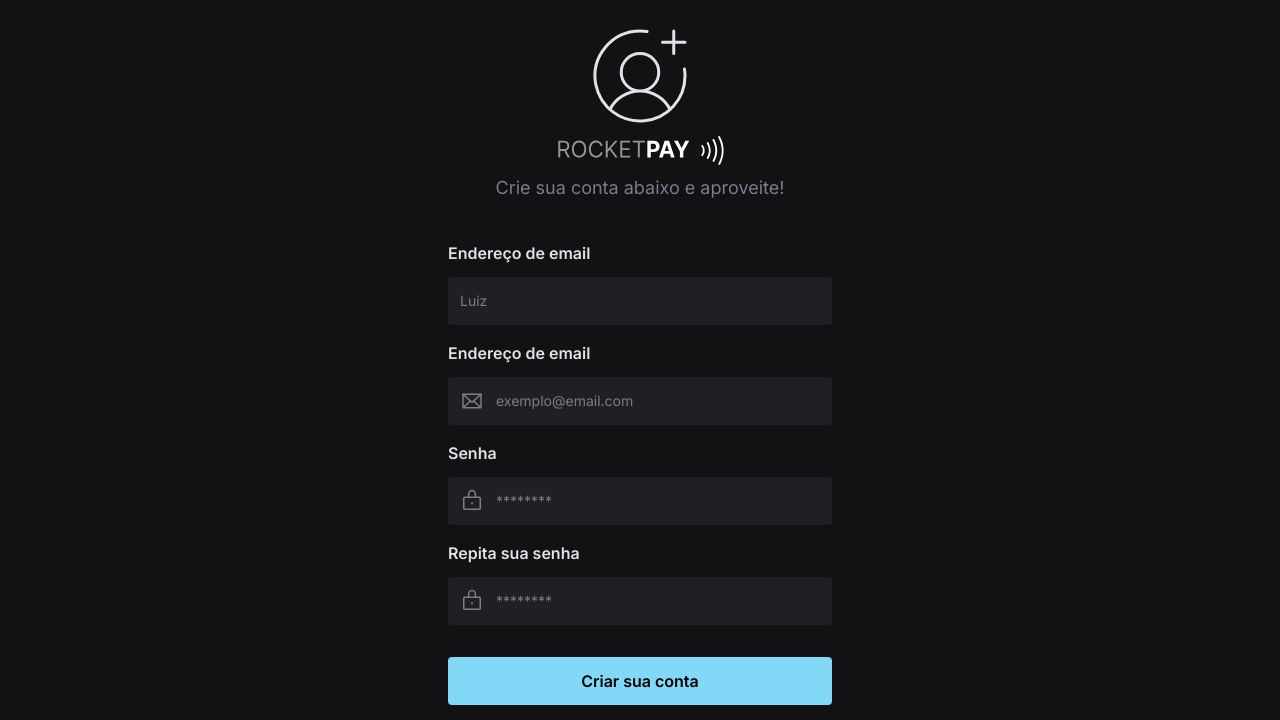
Repository: LuizAGDomingues/CreditCard-with-login
Page: /
The author's editor kept a copy of each file at every save. The page is drawn from the files as they stood at one save, then again after the next save.
The browser window is 1280 px wide. The pictures show the whole page.
The project was rebuilt for these pictures with package versions that can differ from the ones it lists, and the page was loaded fresh each time. Also part of the build but not shown: vite.config.ts.

Above is the page before, as saved 2022-10-23 17:29:35.

### index.html
<!DOCTYPE html>
<html lang="en">
  <head>
    <meta charset="UTF-8" />
    <link rel="preconnect" href="https://fonts.googleapis.com" />
    <link rel="preconnect" href="https://fonts.gstatic.com" crossorigin />
    <link rel="icon" type="image/svg+xml" href="/vite.svg" />
    <meta name="viewport" content="width=device-width, initial-scale=1.0" />
    <link href="https://fonts.googleapis.com/css2?family=Inter:wght@400;600;700&display=swap" rel="stylesheet" />

    <title>Lab Design System</title>
  </head>
  <body>
    <div id="root"></div>
    <script type="module" src="/src/main.tsx"></script>
  </body>
</html>

### src/App.tsx
import { SignIn } from './pages/SignIn';
import { CreateLogin } from './pages/CreateLogin';
import './styles/global.css';

export function App() {

  return (
    <CreateLogin />
  )
}

### src/pages/CreateLogin.tsx
import { Envelope, Lock } from 'phosphor-react';
import { Button } from '../components/Button';
import { Checkbox } from '../components/Checkbox';
import { Heading } from '../components/Heading';
import { LogoCreateLogin } from '../components/LogoCreateLogin';
import { Text } from '../components/Text';
import { TextInput } from '../components/TextInput';

export function CreateLogin() {


  return (
    <div className='w-screen h-screen bg-gray-900 flex flex-col items-center justify-center text-gray-100'>
      <LogoCreateLogin />
      <header className='flex flex-col items-center'>
        <Heading />
        <Text size='lg' className='text-gray-400 mt-2'>Crie sua conta abaixo e aproveite!</Text>
      </header>
      <form className='flex flex-col items-stretch w-full gap-4 max-w-sm mt-10'>
        <label htmlFor="name" className='flex flex-col gap-3'>
          <Text className='font-semibold'>Endereço de email</Text>
          <TextInput.Root>
            <TextInput.Input type='name' id='name' placeholder='Luiz' />
          </TextInput.Root>
        </label>
        <label htmlFor="email" className='flex flex-col gap-3'>
          <Text className='font-semibold'>Endereço de email</Text>
          <TextInput.Root>
            <TextInput.Icon>
              <Envelope />
            </TextInput.Icon>
            <TextInput.Input type='email' id='email' placeholder='exemplo@email.com' />
          </TextInput.Root>
        </label>
        <label htmlFor="password" className='flex flex-col gap-3'>
          <Text className='font-semibold'>Senha</Text>
          <TextInput.Root>
            <TextInput.Icon>
              <Lock />
            </TextInput.Icon>
            <TextInput.Input type='password' id='password' placeholder='********' />
          </TextInput.Root>
        </label>
        <label htmlFor="password" className='flex flex-col gap-3'>
          <Text className='font-semibold'>Repita sua senha</Text>
          <TextInput.Root>
            <TextInput.Icon>
              <Lock />
            </TextInput.Icon>
            <TextInput.Input type='password' id='rePassword' placeholder='********' />
          </TextInput.Root>
        </label>
        <Button type='submit' className='mt-4'>Criar sua conta</Button>
      </form>
    </div>
  )
}

### src/components/Button.tsx
import { ButtonHTMLAttributes, ReactNode } from 'react';
import { Slot } from '@radix-ui/react-slot';
import { clsx } from 'clsx';

export interface ButtonProps extends ButtonHTMLAttributes<HTMLButtonElement> {
  children: ReactNode;
  asChild?: boolean;
}

export function Button({ children, asChild, className, ...props }: ButtonProps) {
  const Comp = asChild ? Slot : 'button';
  return (
    <Comp className={clsx('py-3 px-4 bg-cyan-500 rounded font-semibold text-black text-sm w-full transition-colors hover:bg-cyan-300 focus:ring-2 ring-white', className
    )} {...props}>
      {children}
    </Comp>
  )
}

### src/components/Heading.tsx
import { SVGAttributes } from 'react';

interface HeadingProps extends React.SVGAttributes<HTMLOrSVGElement>{}

export function Heading(props: HeadingProps) {
  return (
    <svg
      width={170}
      height={30}
      viewBox="0 0 170 30"
      fill="none"
      xmlns="http://www.w3.org/2000/svg"
      {...props}
    >
      <path
        d="M3.282 21.429V4.805h5.479c1.267 0 2.306.222 3.12.666.812.438 1.414 1.041 1.804 1.81.391.768.586 1.642.586 2.622 0 .979-.195 1.848-.586 2.605-.39.758-.99 1.353-1.797 1.786-.807.427-1.84.641-3.095.641H4.359v-1.818h4.37c.866 0 1.563-.13 2.09-.39.533-.26.919-.627 1.156-1.104.243-.481.364-1.055.364-1.72 0-.666-.12-1.248-.364-1.746-.242-.497-.63-.882-1.164-1.152-.533-.276-1.237-.414-2.113-.414H5.246v14.838H3.282zm7.632-7.468l3.99 7.468h-2.28L8.698 13.96h2.216zm20.31-.844c0 1.753-.309 3.268-.926 4.545-.618 1.277-1.465 2.262-2.542 2.955-1.076.692-2.306 1.039-3.689 1.039s-2.613-.347-3.69-1.04c-1.076-.692-1.923-1.677-2.54-2.954-.619-1.277-.927-2.792-.927-4.545 0-1.753.308-3.269.926-4.546.618-1.277 1.465-2.262 2.541-2.954 1.077-.693 2.307-1.04 3.69-1.04s2.613.347 3.69 1.04c1.076.692 1.923 1.677 2.54 2.954.618 1.277.927 2.793.927 4.546zm-1.9 0c0-1.44-.235-2.654-.705-3.645-.464-.99-1.095-1.74-1.892-2.248-.791-.509-1.678-.763-2.66-.763-.982 0-1.871.254-2.668.763-.792.509-1.423 1.258-1.893 2.248-.464.99-.696 2.205-.696 3.645s.232 2.654.697 3.644c.47.99 1.1 1.74 1.892 2.249a4.857 4.857 0 002.668.763c.982 0 1.869-.255 2.66-.763.797-.509 1.428-1.258 1.892-2.249.47-.99.705-2.205.705-3.644zM47.574 10H45.61A4.245 4.245 0 0045 8.474a4.115 4.115 0 00-1.045-1.104 4.393 4.393 0 00-1.354-.682 5.283 5.283 0 00-1.551-.227c-.982 0-1.871.254-2.669.763-.791.509-1.422 1.258-1.892 2.248-.464.99-.697 2.205-.697 3.645s.233 2.654.697 3.644c.47.99 1.1 1.74 1.892 2.249a4.857 4.857 0 002.669.763c.538 0 1.055-.076 1.551-.228a4.496 4.496 0 001.354-.673A4.23 4.23 0 0045 17.76c.29-.444.494-.953.61-1.526h1.963a6.816 6.816 0 01-.807 2.28 6.193 6.193 0 01-1.457 1.713c-.58.466-1.232.82-1.956 1.064a7.128 7.128 0 01-2.303.365c-1.383 0-2.613-.347-3.69-1.04-1.077-.692-1.924-1.677-2.541-2.954-.618-1.277-.927-2.792-.927-4.545 0-1.753.31-3.269.927-4.546.617-1.277 1.464-2.262 2.541-2.954 1.077-.693 2.307-1.04 3.69-1.04.818 0 1.586.123 2.303.366a6.24 6.24 0 011.956 1.072 6.079 6.079 0 011.457 1.704c.39.666.66 1.426.807 2.281zm3.172 11.429V4.805h1.964v8.247h.19l7.284-8.247h2.565l-6.809 7.5 6.809 9.124h-2.375L54.736 13.7 52.71 16.04v5.39h-1.964zm14.544 0V4.805h9.786v1.786h-7.822v5.617h7.315v1.785h-7.315v5.65h7.949v1.786H65.29zM77.728 6.59V4.805H89.89v1.786h-5.098v14.838h-1.964V6.59h-5.099z"
        fill="#959595"
      />
      <path
        d="M92.365 21.429V4.805h6.398c1.23 0 2.277.241 3.143.723a4.834 4.834 0 011.979 1.988c.459.844.689 1.818.689 2.922s-.232 2.078-.697 2.922a4.853 4.853 0 01-2.019 1.973c-.876.47-1.937.706-3.183.706h-4.077v-2.817h3.523c.66 0 1.204-.116 1.631-.349.433-.238.755-.565.966-.982.217-.422.325-.906.325-1.453 0-.552-.108-1.033-.325-1.445a2.193 2.193 0 00-.966-.965c-.432-.233-.981-.35-1.646-.35h-2.312v13.75h-3.428zm15.358 0h-3.674l5.598-16.624h4.418l5.589 16.624h-3.673l-4.062-12.825h-.127l-4.069 12.825zm-.23-6.535h8.678v2.744h-8.678v-2.744zm11.508-10.089h3.84l3.697 7.16h.159l3.697-7.16h3.84l-5.914 10.747v5.877h-3.405v-5.877l-5.914-10.747z"
        fill="#fff"
      />
      <path
        fillRule="evenodd"
        clipRule="evenodd"
        d="M147.913 19.802l-.005.007-.004.006c-.248.36-.804.466-1.239.151-.348-.251-.452-.813-.156-1.256a6.357 6.357 0 00.974-1.913c.219-.687.321-1.468.318-2.234-.004-.765-.114-1.545-.341-2.23a6.334 6.334 0 00-.994-1.902c-.301-.44-.202-1.002.144-1.258.43-.32.988-.22 1.238.138l.006.006.004.007c.558.753 1.015 1.59 1.288 2.412.288.966.471 1.901.476 2.818.005.964-.085 1.876-.43 2.775-.376.978-.74 1.728-1.279 2.473zm4.031 1.79l.01-.016.011-.016a13.454 13.454 0 001.934-7.03 13.44 13.44 0 00-2.007-7.006c-.271-.443-.15-.966.31-1.306.308-.228.886-.147 1.229.324a15.501 15.501 0 012.289 7.978 15.252 15.252 0 01-2.206 8.003c-.323.456-.818.583-1.243.325-.462-.347-.546-.938-.327-1.256zm7.232-18.082l.012.025.014.024c1.922 3.211 2.989 6.916 3.01 10.926.021 4.008-1.007 7.722-2.893 10.954-.29.477-.777.611-1.273.375-.45-.301-.572-.8-.336-1.304 1.605-2.92 2.601-6.363 2.583-10.015-.019-3.635-.946-7.072-2.69-9.993-.236-.499-.119-.996.326-1.3.538-.263 1.06-.07 1.247.308zm5.689-3.056l.009.017.009.016c2.329 4.126 3.697 8.844 3.724 13.963.026 5.113-1.291 9.841-3.572 13.99-.29.471-.775.603-1.268.368-.448-.3-.571-.797-.338-1.299 2.197-3.845 3.381-8.3 3.356-13.05-.025-4.76-1.358-9.198-3.489-13.006-.267-.555-.079-1.1.294-1.293.546-.284 1.086-.092 1.275.294z"
        fill="#fff"
      />
    </svg>
  )
}

### src/components/LogoCreateLogin.tsx
import { SVGAttributes } from 'react';

interface LogoSignInProps extends React.SVGAttributes<HTMLOrSVGElement>{}

export function LogoCreateLogin(props: LogoSignInProps) {
  return (
    <svg
      width={120}
      height={120}
      viewBox="0 0 120 120"
      fill="none"
      xmlns="http://www.w3.org/2000/svg"
      {...props}
    >
      <path
        d="M60 75c10.355 0 18.75-8.395 18.75-18.75S70.355 37.5 60 37.5s-18.75 8.395-18.75 18.75S49.645 75 60 75zM29.907 93.469a33.75 33.75 0 0160.187 0M82.5 26.25H105M93.75 15v22.5"
        stroke="#E1E1E6"
        strokeWidth={3}
        strokeLinecap="round"
        strokeLinejoin="round"
      />
      <path
        d="M104.438 52.922A43.7 43.7 0 01105 60a44.999 44.999 0 01-89.135 8.779A45 45 0 0160 15c2.37-.005 4.738.183 7.078.563"
        stroke="#E1E1E6"
        strokeWidth={3}
        strokeLinecap="round"
        strokeLinejoin="round"
      />
    </svg>
  )
}

### src/components/Text.tsx
import { ReactNode } from 'react';
import { Slot } from '@radix-ui/react-slot';
import { clsx } from 'clsx';

export interface TextProps {
  size?: 'sm' | 'md' | 'lg';
  children: ReactNode;
  asChild?: boolean;
  className?: string;
}

export function Text({ size = 'md', children, asChild, className }: TextProps) {
  const Comp = asChild ? Slot : 'span';
  return (
    <Comp className={clsx('text-gray-100 font-sans', {
      'text-xs': size === 'sm',
      'text-sm': size === 'md',
      'text-md': size === 'lg',
    }, className)}>
      {children}
    </Comp>
  )
}

### src/components/TextInput.tsx
import { InputHTMLAttributes, ReactNode } from 'react';
import { Slot } from '@radix-ui/react-slot';


export interface TextInputRootProps {
  children: ReactNode;
}

function TextInputRoot(props: TextInputRootProps) {
  return (
    <div className='flex items-center gap-3 h-12 py-4 px-3 rounded bg-gray-800 w-full  focus-within:ring-2 ring-cyan-300'>
      {props.children}
    </div>
  )
}
TextInputRoot.displayName = 'TextInput.Root'

export interface TextInputIconProps {
  children: ReactNode;
}

function TextInputIcon(props: TextInputIconProps) {
  return(
    <Slot className='w-6 h-6 text-gray-400'>
      {props.children}
    </Slot>
  )
}
TextInputIcon.displayName = 'TextInput.Icon'

export interface TextInputInputProps extends InputHTMLAttributes<HTMLInputElement> {}

function TextInputInput(props: TextInputInputProps) {
  return (
    <input className='bg-transparent flex-1 text-gray-100 text-xs outline-none placeholder:text-gray-400'
      {...props}
    />
  )
}
TextInputInput.displayName = 'TextInput.Input'

export const TextInput = {
  Root: TextInputRoot,
  Icon: TextInputIcon,
  Input: TextInputInput,
}

### tailwind.config.cjs
/** @type {import('tailwindcss').Config} */
module.exports = {
  content: [
    './src/**/*.tsx',
  ],
  theme: {
    fontSize: {
      xs: 14,
      sm: 16,
      md: 18,
      lg: 20,
      xl: 24,
      '2xl': 32,
    },
    colors: {
      black: '#000',
      white: 'FFF',
      transparent: 'transparent',
      gray: {
        100: '#e1e1e6',
        200: '#c4c4cc',
        400: '#7c7c8a',
        800: '#202024',
        900: '#121214',

      },
      cyan: {
        300: '#9be1fb',
        500: '#81d8f7',
      },
    },
    extend: {
      fontFamily: {
        sans: 'Inter, sans-serif',
      },
    },
  },
  plugins: [],
}

Loaded but not shown: src/main.tsx (common file); src/styles/global.css (common file)

After the next save:
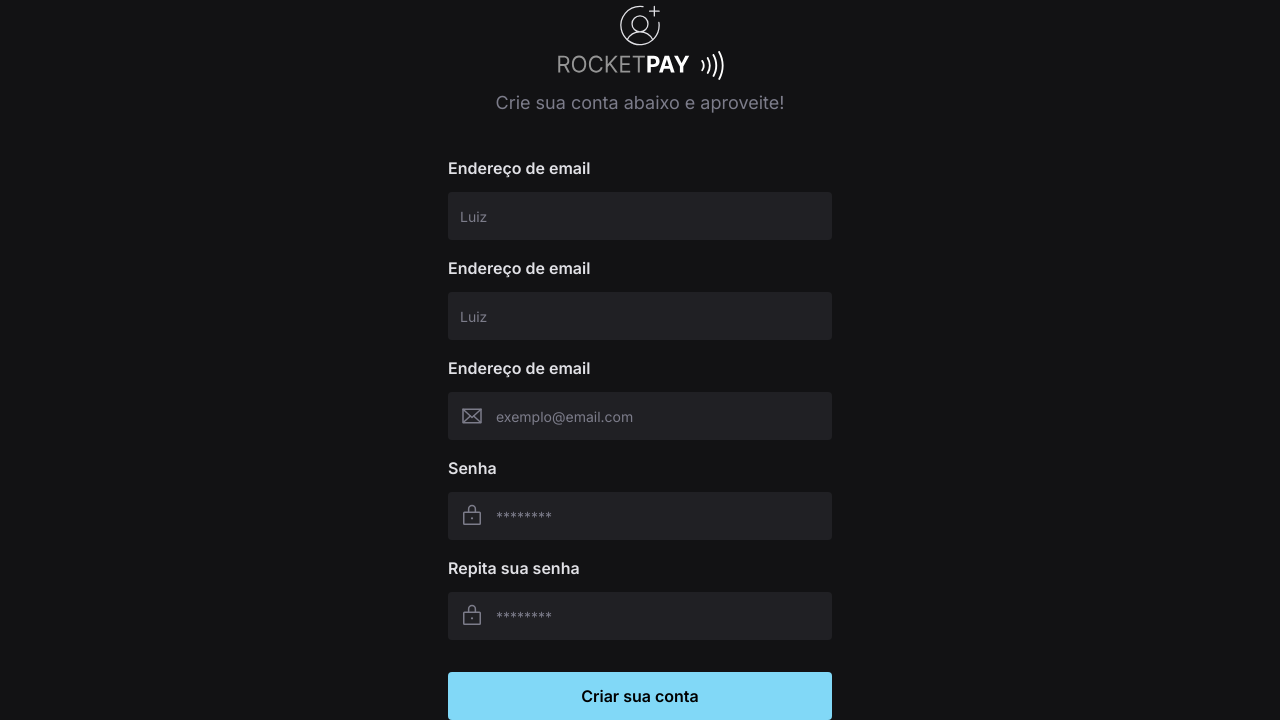
Saved 4 s later.
--- a/src/pages/CreateLogin.tsx
+++ b/src/pages/CreateLogin.tsx
@@ -17,6 +17,12 @@
         <Text size='lg' className='text-gray-400 mt-2'>Crie sua conta abaixo e aproveite!</Text>
       </header>
       <form className='flex flex-col items-stretch w-full gap-4 max-w-sm mt-10'>
+        <label htmlFor="name" className='flex flex-col gap-3'>
+          <Text className='font-semibold'>Endereço de email</Text>
+          <TextInput.Root>
+            <TextInput.Input type='name' id='name' placeholder='Luiz' />
+          </TextInput.Root>
+        </label>
         <label htmlFor="name" className='flex flex-col gap-3'>
           <Text className='font-semibold'>Endereço de email</Text>
           <TextInput.Root>
